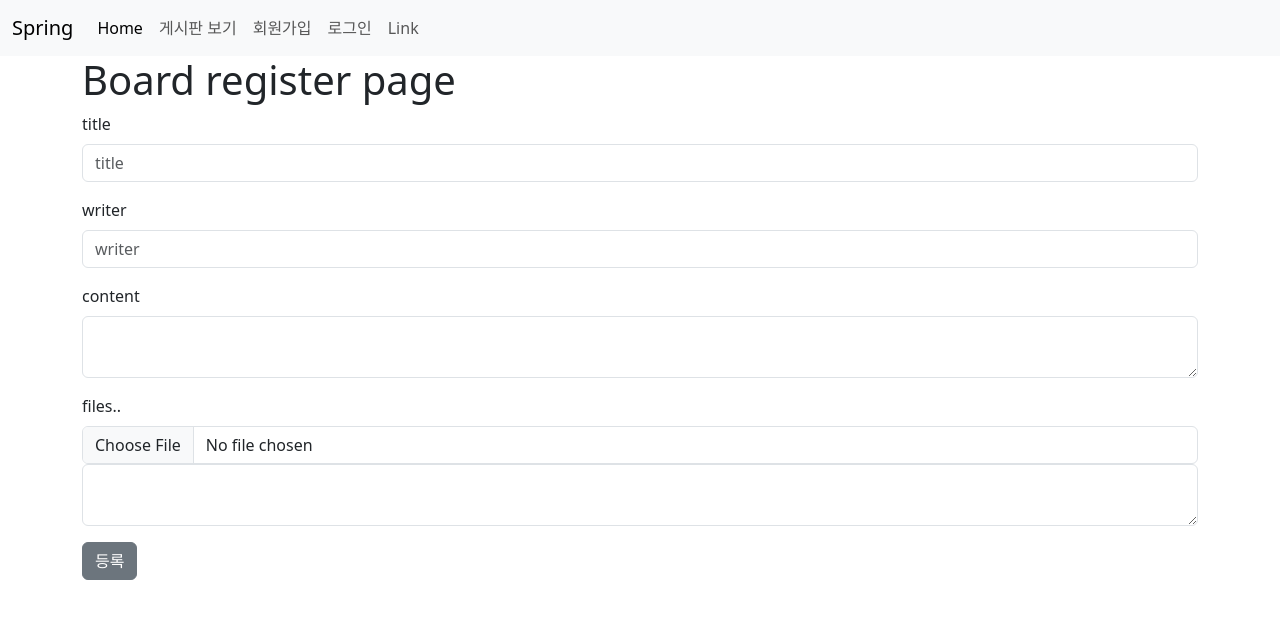
Repository: kimnoanoa/springTest240430
Page: http://localhost/spring_study/WEB-INF/views/board/register.jsp
These files come from the project's save history. The page is drawn as it stood at one moment and after the next save; the edit follows.
The browser window is 1280 px wide. The pictures show the whole page.
The page is served by Tomcat 9. Nobody is signed in. The template is opened directly, without the code that normally fills it, so the values that code supplies are empty.

Above is the page before, as saved 2024-04-29 01:18:57.

### spring_study/src/main/webapp/WEB-INF/views/board/register.jsp
<%@ page language="java" contentType="text/html; charset=UTF-8"
    pageEncoding="UTF-8"%>
    <jsp:include page="../layout/header.jsp"></jsp:include>
	<div class="container-md">
	<h1>Board register page</h1>
		<form action="/board/insert" method="post" enctype="application/x-www-form-urlencoded">
			<div class="mb-3">
			  <label for="t" class="form-label">title</label>
			  <input type="text" class="form-control" id="t" name="title" placeholder="title">
			</div>
			<div class="mb-3">
			  <label for="w" class="form-label">writer</label>
			  <input type="text" class="form-control" id="w" name="writer" placeholder="writer">
			</div>
			<div class="mb-3">
			   <label for="c" class="form-label">content</label>
			  <textarea class="form-control" id="c" aria-label="With textarea" name="content"></textarea>
			</div>

			<!-- 파일입력 라인 추가 -->
			<div class="mb-3">
			   <label for="file" class="form-label">files..</label>
			   <input type="file" class="form-control" name="files" id="file">
			  <textarea class="form-control" id="c" aria-label="With textarea" name="content"></textarea>
			</div>

			<button type="submit" class="btn btn-secondary">등록</button>
		</form>
	</div>

    <jsp:include page="../layout/footer.jsp"></jsp:include>

### spring_study/src/main/webapp/WEB-INF/views/layout/header.jsp
<%@ page language="java" contentType="text/html; charset=UTF-8"
    pageEncoding="UTF-8"%>
    <%@ taglib uri="http://java.sun.com/jsp/jstl/core" prefix="c" %>
<!DOCTYPE html>
<html>
<head>
<meta charset="UTF-8">
<title>header.jsp</title>
<link href="https://cdn.jsdelivr.net/npm/bootstrap@5.3.3/dist/css/bootstrap.min.css" rel="stylesheet" integrity="sha384-QWTKZyjpPEjISv5WaRU9OFeRpok6YctnYmDr5pNlyT2bRjXh0JMhjY6hW+ALEwIH" crossorigin="anonymous">
<script src="https://cdn.jsdelivr.net/npm/bootstrap@5.3.3/dist/js/bootstrap.bundle.min.js" integrity="sha384-YvpcrYf0tY3lHB60NNkmXc5s9fDVZLESaAA55NDzOxhy9GkcIdslK1eN7N6jIeHz" crossorigin="anonymous"></script>
</head>
<body>
<nav class="navbar navbar-expand-lg bg-body-tertiary">
  <div class="container-fluid">
    <a class="navbar-brand" href="#">Spring</a>
    <button class="navbar-toggler" type="button" data-bs-toggle="collapse" data-bs-target="#navbarSupportedContent" aria-controls="navbarSupportedContent" aria-expanded="false" aria-label="Toggle navigation">
      <span class="navbar-toggler-icon"></span>
    </button>
    <div class="collapse navbar-collapse" id="navbarSupportedContent">
      <ul class="navbar-nav me-auto mb-2 mb-lg-0">
        <li class="nav-item">
          <a class="nav-link active" aria-current="page" href="/">Home</a>
        </li>
        <c:if test="${ses ne null }">
        <li class="nav-item">
          <a class="nav-link" href="/board/register">게시판 글쓰기</a>
        </li>
        </c:if>
        <li class="nav-item">
          <a class="nav-link" href="/board/list">게시판 보기</a>
        </li>
        <c:if test="${ses eq null }">
        <li class="nav-item">
          <a class="nav-link" href="/member/register">회원가입</a>
        </li>
        <li class="nav-item">
          <a class="nav-link" href="/member/login">로그인</a>
        </li>
        </c:if>
        <c:if test="${ses ne null }">
        <li class="nav-item">
          <a class="nav-link" href="/member/logout">로그아웃</a>
        </li>
        <li class="nav-item">
          <a class="nav-link" href="/member/modify">${ses.id }(${ses.email }) Welcome!!</a>
        </li>
        </c:if>
        <li class="nav-item">
          <a class="nav-link" href="http://www.google.com" target="_blank" >Link</a>
        </li>
      </ul>
    </div>
  </div>
</nav>

### spring_study/src/main/webapp/WEB-INF/views/layout/footer.jsp
<%@ page language="java" contentType="text/html; charset=UTF-8"
    pageEncoding="UTF-8"%>
<div>
<!-- 2024 Spring Project -->
</div>
</body>
</html>

After the next save:
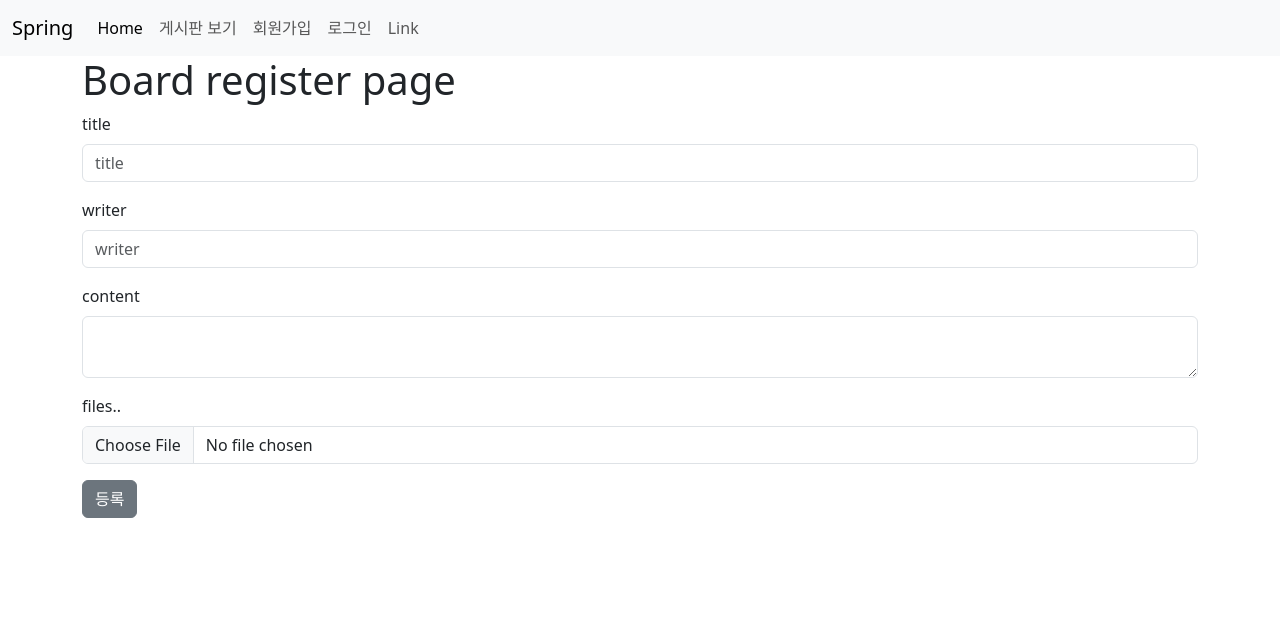
Saved 7 s later.
--- a/spring_study/src/main/webapp/WEB-INF/views/board/register.jsp
+++ b/spring_study/src/main/webapp/WEB-INF/views/board/register.jsp
@@ -21,7 +21,6 @@
 			<div class="mb-3">
 			   <label for="file" class="form-label">files..</label>
 			   <input type="file" class="form-control" name="files" id="file">
-			  <textarea class="form-control" id="c" aria-label="With textarea" name="content"></textarea>
 			</div>
 
 			<button type="submit" class="btn btn-secondary">등록</button>
